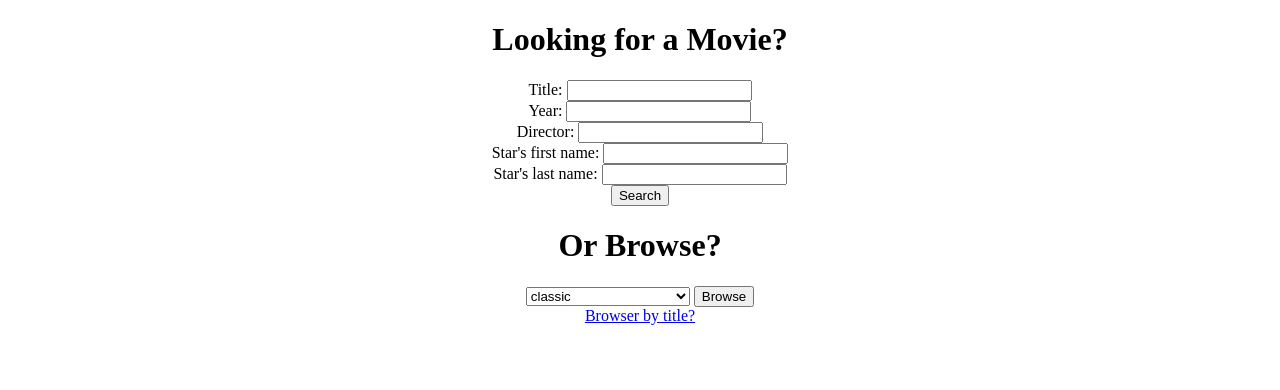
Repository: xzou4/CS221b
Page: fablix/WebContent/main.html
These files come from the project's save history. The page is drawn as it stood at one moment and after the next save; the edit follows.
The browser window is 1280 px wide. The pictures show the whole page.

Above is the page before, as saved 2017-02-14 23:14:06.

### fablix/WebContent/main.html
<!DOCTYPE html>
<html>
<head>
<meta charset="UTF-8">
<title>Main</title>
</head>
<body>
<H1 ALIGN="CENTER">Looking for a Movie?</H1>
<FORM ACTION="search"
      METHOD="POST">
      <CENTER>
  Title: <INPUT TYPE="text" NAME="title"><BR>

  Year: <INPUT TYPE="TEXT" NAME="year"><BR>

  Director: <INPUT TYPE="TEXT" NAME="director"><BR>

  Star's first name: <INPUT TYPE="TEXT" NAME="first_name"><BR>

  Star's last name: <INPUT TYPE="TEXT" NAME="last_name"><BR>

    <INPUT TYPE="SUBMIT" VALUE="Search">
  </CENTER>
</FORM>

<H1 ALIGN="center">Or Browse?</H1>
<FORM ACTION="genrelink"
      METHOD="POST">
      <CENTER>
<select name="param">
<option value = "48001">classic</option>
<option value = "48008">advanture</option>
<option value = "48009">kid</option>
<option value = "48013">musial</option>
<option value = "48014">arts</option>
<option value = "135001">SCI/FI</option>
<option value = "150003">Commedy</option>
<option value = "150005">Coming-of-Age-Drama</option>
<option value = "150006">Detective</option>
<option value = "150008">Gangster</option>
<option value = "150010">Love</option>
<option value = "422607">Suspense</option>
<option value = "422610">Indie</option>
<option value = "492206">epics</option>
<option value = "525208">spy</option>
<option value = "525210">James Bond</option>
<option value = "631003">Roman</option>
<option value = "683006">Epics/Historial</option>
<option value = "693208">Tragedy</option>
<option value = "693209">SciFi</option>
<option value = "764003">Animation</option>
<option value = "764010">Film-Noir</option>
<option value = "764013">Musical</option>
<option value = "764014">Mystery</option>
<option value = "764017">Short</option>
<option value = "764020">Western</option>
<option value = "788008">Science Fiction/Fantasy</option>
<option value = "788009">Documentary</option>
<option value = "788010">Musical/Performing Arts</option>
<option value = "855203">Crime</option>
<option value = "855209">Music</option>
<option value = "872004">Crime/Gangster</option>
<option value = "872006">Epics/Historical</option>
<option value = "872008">Musicals</option>
<option value = "872009">Science Fiction</option>
<option value = "872010">War</option>
<option value = "872011">Westerns</option>
<option value = "872012">Family</option>
<option value = "907000">Action</option>
<option value = "907001">Adventure</option>

<option value = "907002">Drama</option>
<option value = "907003">Comedy</option>
<option value = "907004">Horror</option>
<option value = "907005">Thriller</option>
<option value = "907006">Foreign</option>
<option value = "907007">Sci-Fi</option>
<option value = "907008">Romance</option>
<option value = "907009">Fantasy</option>
</select>
    <INPUT TYPE="SUBMIT" VALUE="Browse">
  </CENTER>
</FORM>
<center><a href = "browse">Browser by title?</a>
</body>
</html>

After the next save:
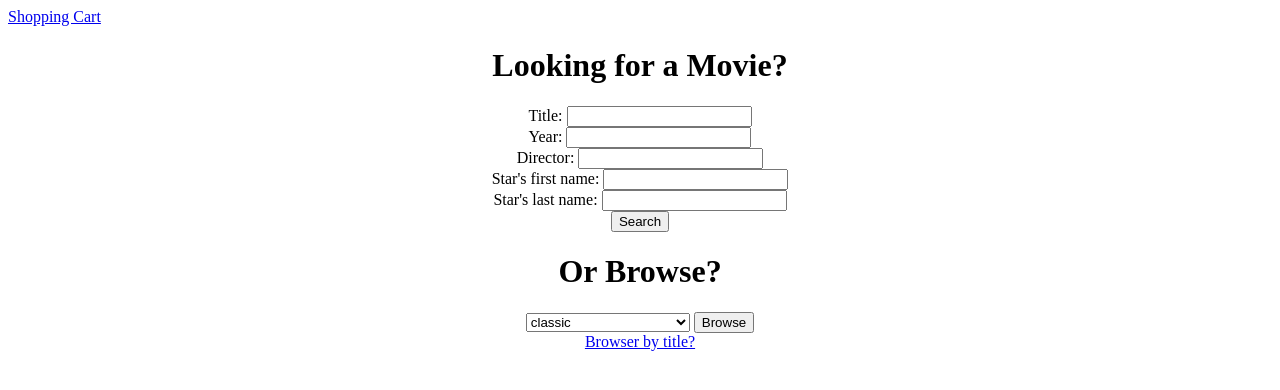
Saved 13 min 23 s later.
--- a/fablix/WebContent/main.html
+++ b/fablix/WebContent/main.html
@@ -5,6 +5,7 @@
 <title>Main</title>
 </head>
 <body>
+<a ALIGN="left" href="shoppingcart.jsp">Shopping Cart</a>
 <H1 ALIGN="CENTER">Looking for a Movie?</H1>
 <FORM ACTION="search"
       METHOD="POST">
